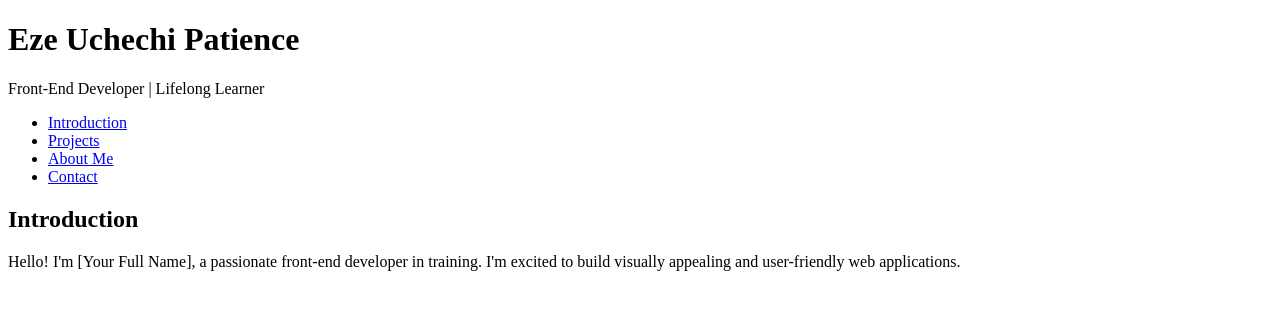
Repository: Patience225/My_First_Portfolio
Page: Portfolio/index.html
These files come from the project's save history. The page is drawn as it stood at one moment and after a run of saves; the edit follows.
The browser window is 1280 px wide. The pictures show the whole page.

Above is the page before, as saved 2024-12-16 13:07:32.

After the next 3 saves:
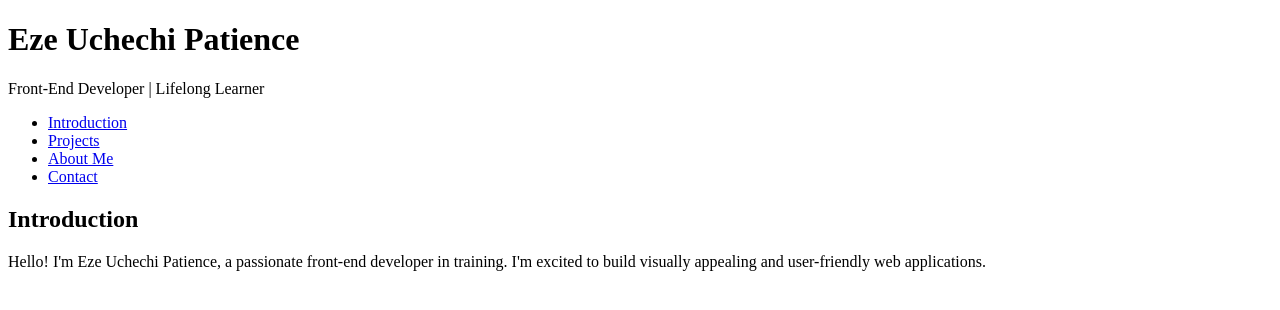
The 3 saves are shown as one change because they came seconds apart.
The last was saved 21 s later.
--- a/Portfolio/index.html
+++ b/Portfolio/index.html
@@ -19,7 +19,7 @@
     </nav>
     <section id="introduction">
       <h2>Introduction</h2>
-    <p>Hello! I'm [Your Full Name], a passionate front-end developer in training. I'm excited to build visually appealing and user-friendly web applications.</p>
+    <p>Hello! I'm Eze Uchechi Patience, a passionate front-end developer in training. I'm excited to build visually appealing and user-friendly web applications.</p>
     </section>
     <section id="projects"></section>
     <section id="about"></section>
